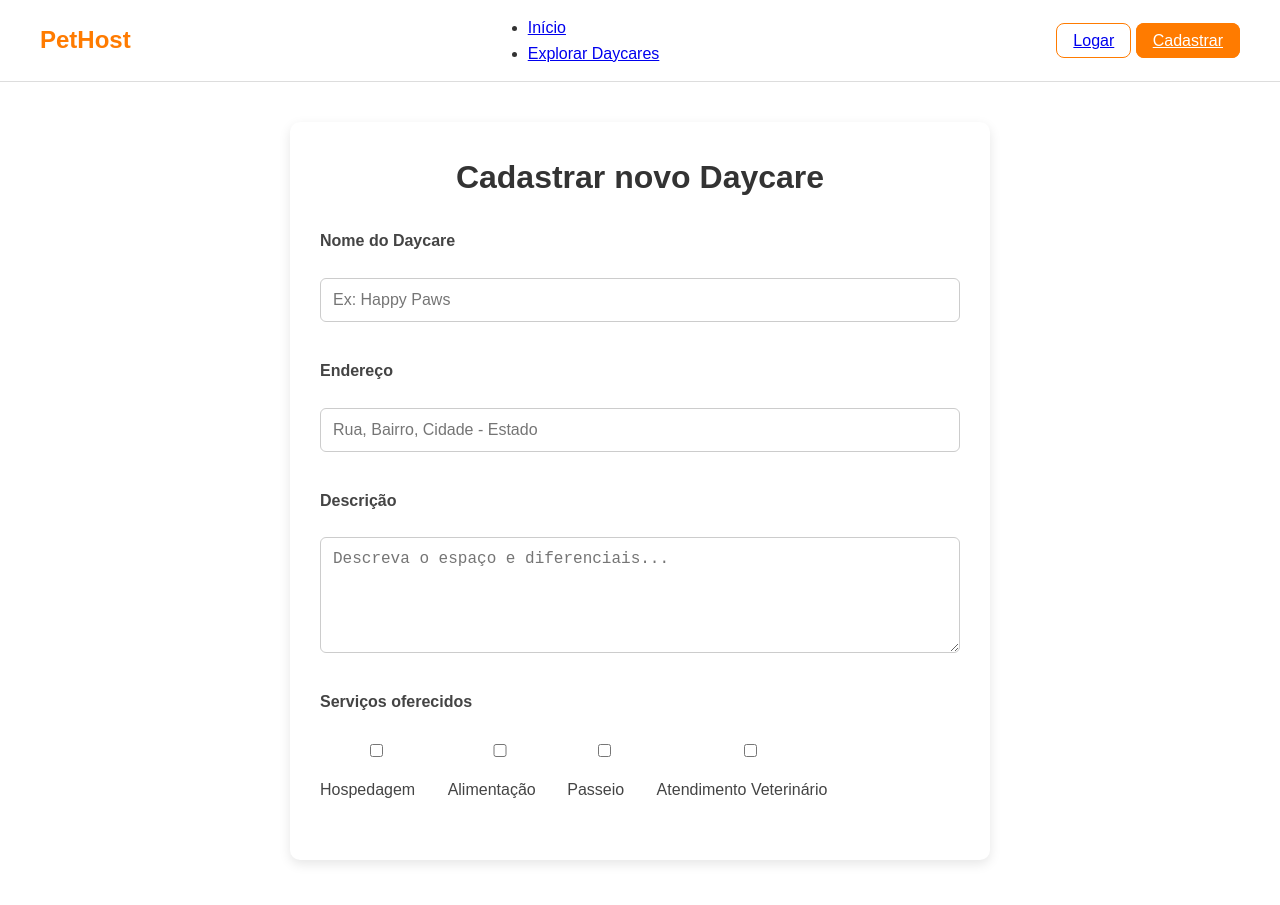
Repository: Vinicius9922/PetHost
Page: cadastro-imovel.html
These files come from the project's save history. The page is drawn as it stood at one moment and after the next save; the edit follows.
The browser window is 1280 px wide. The pictures show the whole page.

Above is the page before, as saved 2025-09-09 15:24:14.

### cadastro-imovel.html
<!DOCTYPE html>
<html lang="pt-BR">
<head>
  <meta charset="UTF-8">
  <meta name="viewport" content="width=device-width, initial-scale=1.0">
  <title>Cadastrar Imóvel - PetHost</title>
  <link rel="stylesheet" href="css/style.css">
</head>
<body>
  <!-- Header -->
  <header class="header">
    <div class="logo">PetHost</div>
    <nav>
      <ul class="nav-links">
        <li><a href="index.html">Início</a></li>
        <li><a href="anuncios.html">Explorar Daycares</a></li>
      </ul>
    </nav>
    <div class="auth-buttons">
      <a href="login.html" class="btn">Logar</a>
      <a href="cadastro.html" class="btn btn-primary">Cadastrar</a>
    </div>
  </header>

  <!-- Conteúdo principal -->
  <main class="form-container">
    <h1>Cadastrar novo Daycare</h1>
    <form class="form">
      <label for="nome">Nome do Daycare</label>
      <input type="text" id="nome" name="nome" placeholder="Ex: Happy Paws" required>

      <label for="endereco">Endereço</label>
      <input type="text" id="endereco" name="endereco" placeholder="Rua, Bairro, Cidade - Estado" required>

      <label for="descricao">Descrição</label>
      <textarea id="descricao" name="descricao" rows="5" placeholder="Descreva o espaço e diferenciais..." required></textarea>

      <label>Serviços oferecidos</label>
      <div class="checkbox-group">
        <label><input type="checkbox" name="servicos" value="hospedagem"> Hospedagem</label>
        <label><input type="checkbox" name="servicos" value="alimentacao"> Alimentação</label>
        <label><input type="checkbox" name="servicos" value="passeio"> Passeio</label>
        <label><input type="checkbox" name="servicos" value="veterinario"> Atendimento Veterinário</label>
      </div>

      <label for="capaci

### css/style.css
/* ===============================LAYOUT GLOBAL================================== */
* {
  margin: 0;
  padding: 0;
  box-sizing: border-box;
}

body {
  font-family: Arial, sans-serif;
  line-height: 1.6;
  color: #333;
}

/* HEADER */
.header {
  display: flex;
  justify-content: space-between;
  align-items: center;
  padding: 15px 40px;
  background: #fff;
  border-bottom: 1px solid #ddd;
  position: sticky;
  top: 0;
  z-index: 100;
}

.logo {
  font-size: 1.5rem;
  font-weight: bold;
  color: #ff7b00;
}

.nav {
  display: flex;
  align-items: center;
  gap: 15px;
}

.btn {
  padding: 8px 16px;
  border: 1px solid #ff7b00;
  border-radius: 8px;
  background: transparent;
  cursor: pointer;
  transition: all 0.3s;
}

.btn:hover {
  background: #ff7b00;
  color: #fff;
}

.btn-primary {
  background: #ff7b00;
  color: #fff;
}

.btn-primary:hover {
  background: #e86c00;
}

/* USER INFO */
.user-info {
  display: flex;
  align-items: center;
  gap: 8px;
}

.user-info img.avatar {
  border-radius: 50%;
}

.hidden {
  display: none;
}

/* HERO */
.hero {
  text-align: center;
  padding: 80px 20px;
  background: #fff8f0;
}

.hero h1 {
  font-size: 3rem;
  color: #333;
}

.slogan {
  margin: 15px 0;
  font-size: 1.2rem;
  color: #555;
}

.hero-buttons {
  margin-top: 20px;
  display: flex;
  gap: 15px;
  justify-content: center;
}

/* ABOUT */
.about {
  display: flex;
  justify-content: space-between;
  align-items: center;
  gap: 40px;
  padding: 60px 40px;
}

.about-text {
  flex: 1;
}

.about-image img {
  width: 100%;
  max-width: 400px;
  border-radius: 12px;
}

/* SERVICES */
.services {
  padding: 60px 40px;
  background: #f9f9f9;
}

.services h2 {
  text-align: center;
  margin-bottom: 40px;
  color: #333;
}

.services-grid {
  display: grid;
  grid-template-columns: repeat(auto-fit, minmax(220px, 1fr));
  gap: 20px;
}

.service-card {
  background: #fff;
  border-radius: 12px;
  padding: 20px;
  box-shadow: 0 2px 6px rgba(0,0,0,0.1);
  transition: transform 0.3s;
}

.service-card:hover {
  transform: translateY(-5px);
}

/* FOOTER */
.footer {
  padding: 20px;
  background: #333;
  color: #fff;
  text-align: center;
}

.footer .socials a {
  margin: 0 10px;
  font-size: 1.2rem;
  color: #ff7b00;
  text-decoration: none;
}


/* ===============================LOGIN E CADASTRO================================== */


/* Containers dos formulários */
.form-container {
  max-width: 400px;
  margin: 80px auto;
  padding: 2rem;
  background: #fff;
  border-radius: 16px;
  box-shadow: 0 4px 12px rgba(0,0,0,0.1);
  text-align: center;
}

.form-container h1 {
  margin-bottom: 1.5rem;
  color: #ff7a00; /* cor alaranjada padrão */
}

form {
  display: flex;
  flex-direction: column;
  gap: 1rem;
}

form label {
  text-align: left;
  font-weight: 600;
  color: #444;
}

form input, form select {
  padding: 0.8rem;
  border: 1px solid #ccc;
  border-radius: 8px;
  font-size: 1rem;
}

form input:focus, form select:focus {
  border-color: #ff7a00;
  outline: none;
}

.extra-link {
  margin-top: 1rem;
  font-size: 0.9rem;
}
.extra-link a {
  color: #ff7a00;
  text-decoration: none;
  font-weight: 600;
}
.extra-link a:hover {
  text-decoration: underline;
}


/* ===============================DAYCARES================================== */


/* Hero menor para páginas internas */
.hero.small {
  padding: 60px 20px;
  text-align: center;
  background: #ffe4cc;
}

.hero.small h1 {
  font-size: 2rem;
  margin-bottom: 10px;
}

.hero.small p {
  font-size: 1.2rem;
  color: #555;
}

/* Grid de Cards */
.grid-cards {
  display: grid;
  grid-template-columns: repeat(auto-fit, minmax(280px, 1fr));
  gap: 20px;
  margin: 40px 0;
}

.card {
  background: #fff;
  border-radius: 12px;
  overflow: hidden;
  box-shadow: 0 4px 10px rgba(0,0,0,0.1);
  display: flex;
  flex-direction: column;
  transition: transform 0.2s;
}

.card:hover {
  transform: translateY(-5px);
}

.card img {
  width: 100%;
  height: 180px;
  object-fit: cover;
}

.card-body {
  padding: 15px;
  flex: 1;
  display: flex;
  flex-direction: column;
  justify-content: space-between;
}

.card-body h3 {
  margin-bottom: 8px;
  font-size: 1.2rem;
}

.card-body p {
  color: #555;
  margin: 3px 0;
}

.price {
  font-weight: bold;
  color: #ff6600;
  margin-top: 5px;
}

.card-body .btn-primary {
  margin-top: 10px;
  text-align: center;
}


/* ===============================DETALHES================================== */


/* Banner */
.daycare-banner img {
  width: 100%;
  height: auto;
  border-radius: 8px;
  margin-bottom: 20px;
}

/* Conteúdo */
.daycare-details {
  max-width: 900px;
  margin: 0 auto;
  padding: 20px;
}

.daycare-details h1 {
  font-size: 2rem;
  margin-bottom: 10px;
}

.daycare-details .location {
  font-size: 1rem;
  color: #666;
  margin-bottom: 20px;
}

.daycare-details .description {
  font-size: 1.1rem;
  line-height: 1.6;
  margin-bottom: 30px;
}

.services {
  list-style: none;
  padding: 0;
  margin-bottom: 30px;
}

.services li {
  background: #fff3e6;
  padding: 10px;
  margin: 5px 0;
  border-radius: 6px;
}

.reviews {
  background: #f9f9f9;
  padding: 15px;
  border-left: 4px solid #ff7f50;
  margin-bottom: 30px;
  border-radius: 6px;
}

.actions {
  text-align: center;
}

/* ===============================CADASSTRO IMOVEL================================== */
.form-container {
  max-width: 700px;
  margin: 40px auto;
  background: #fff;
  padding: 30px;
  border-radius: 10px;
  box-shadow: 0 4px 12px rgba(0,0,0,0.1);
}

.form-container h1 {
  text-align: center;
  margin-bottom: 25px;
  color: #333;
}

.form label {
  display: block;
  margin-bottom: 8px;
  font-weight: 600;
}

.form input,
.form textarea,
.form select {
  width: 100%;
  padding: 12px;
  margin-bottom: 20px;
  border: 1px solid #ccc;
  border-radius: 6px;
  font-size: 1rem;
}

.form textarea {
  resize: vertical;
}

.checkbox-group {
  display: flex;
  flex-wrap: wrap;
  gap: 15px;
  margin-bottom: 20px;
}

.checkbox-group label {
  font-weight: normal;
}

After the next save:
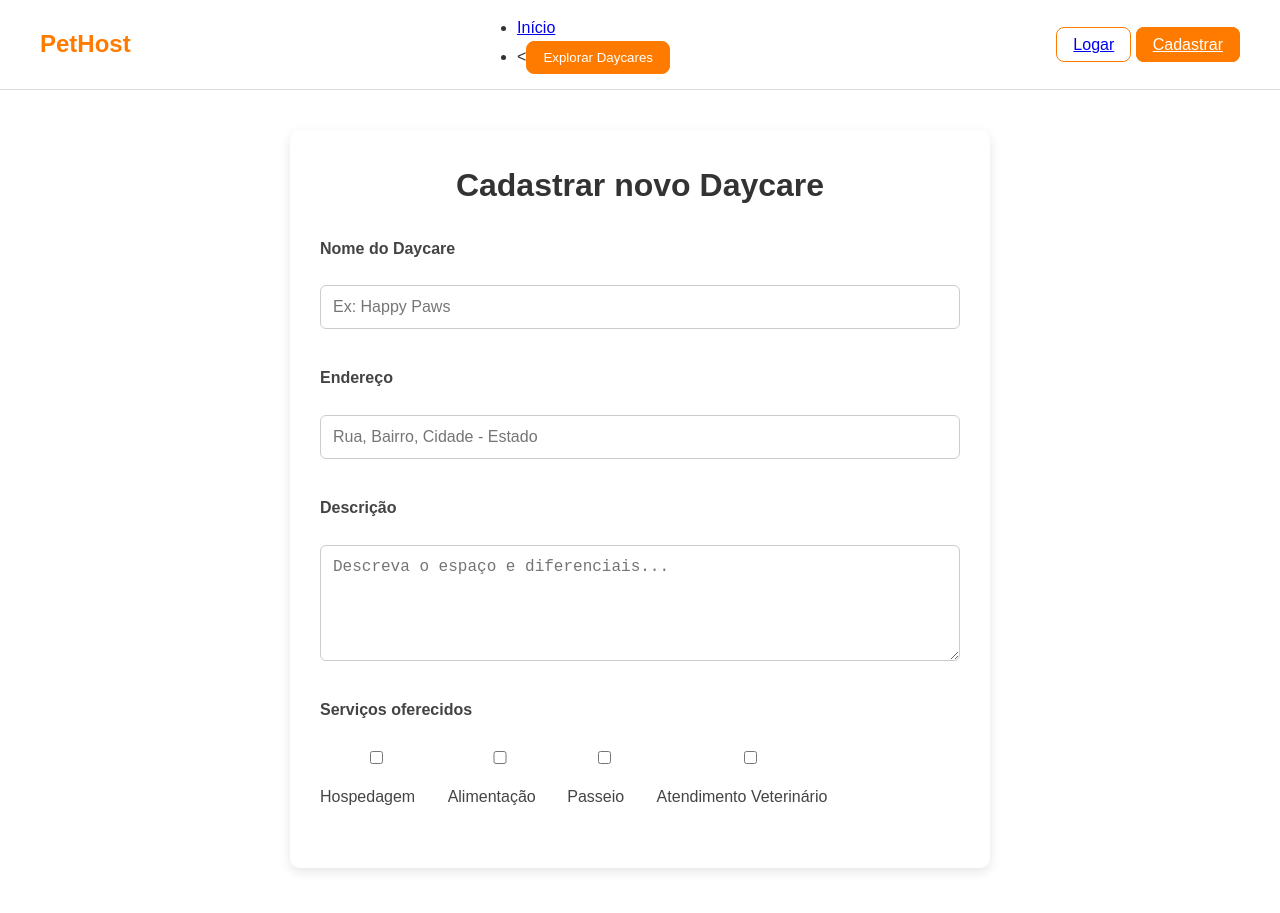
Saved 107 s later.
--- a/cadastro-imovel.html
+++ b/cadastro-imovel.html
@@ -13,7 +13,7 @@
     <nav>
       <ul class="nav-links">
         <li><a href="index.html">Início</a></li>
-        <li><a href="anuncios.html">Explorar Daycares</a></li>
+        <li><<button class="btn btn-primary" onclick="window.location.href='daycares.html'">Explorar Daycares</a></li>
       </ul>
     </nav>
     <div class="auth-buttons">
